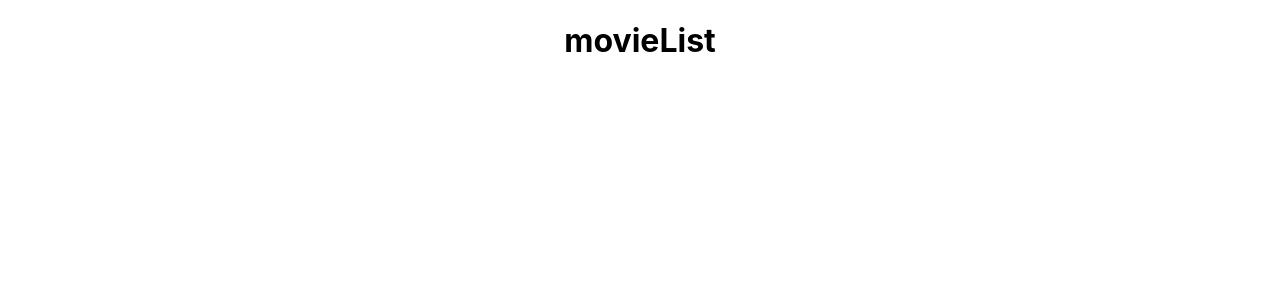
Repository: vakharia5/Preview
Page: /
An editor plug-in stored every save of this project. The page is shown before and after the next save, followed by the edit.
The browser window is 1280 px wide. The pictures show the whole page.
The project was rebuilt for these pictures with package versions that can differ from the ones it lists, and the page was loaded fresh each time.

Above is the page before, as saved 2020-06-17 15:32:49.

### src/App.js
import React from 'react';
import logo from './logo.svg';
import './App.css';
import List from './containers/List';

function App() {
  return (
    <div className="App">
     <List/>

    </div>
  );
}

export default App;

### src/containers/List.js
import React, { Component } from 'react'
import Card from '../components/Card';

class List extends Component {
    render() {
        return (
            <div>
            <h1>movieList</h1>
            <Card/>
            </div>
        )
    }
}
export default List

### src/components/Card.js
import React, { Component } from 'react'

class Card extends Component {
    render() {
        return (
            <div>

            </div>
        )
    }
}
export default Card

Loaded but not shown: src/index.js (common file); src/index.css (common file); src/serviceWorker.js (common file); src/App.css (common file)

After the next save:
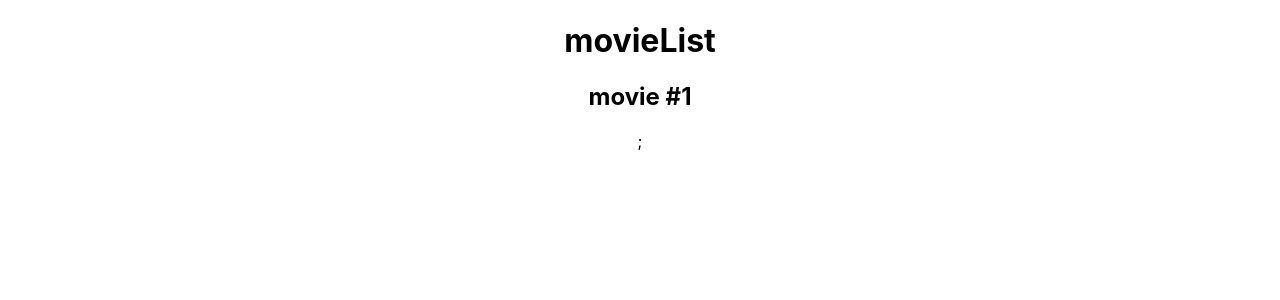
Saved 20 s later.
--- a/src/components/Card.js
+++ b/src/components/Card.js
@@ -4,7 +4,7 @@ class Card extends Component {
     render() {
         return (
             <div>
-
+                <h2>movie #1</h2>;
             </div>
         )
     }
